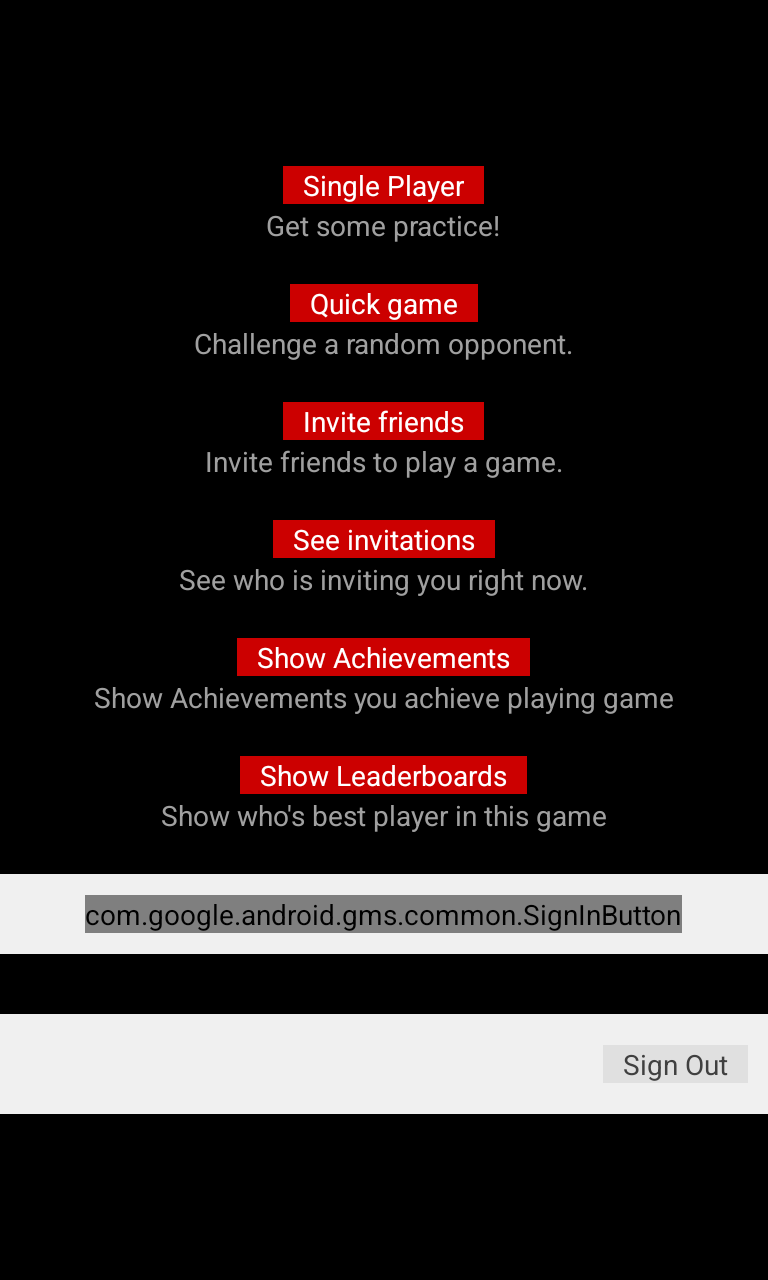
Repository: krzysztofswist/MyGame
Layout: MyGame/res/layout/fragment_mainmenu.xml
An editor plug-in stored every save of this project. The layout is shown before and after the next save, followed by the edit.
Pictures or frames that could not be fetched are drawn as grey boxes. It is drawn on a 768 x 1280 px phone screen (xhdpi) without system bars, with theme android:Theme; the app's code is not run.

Above is the layout before, as saved 2014-02-07 09:14:46.

### MyGame/res/layout/fragment_mainmenu.xml
<?xml version="1.0" encoding="utf-8"?>
<!--
   Copyright (C) 2013 Google Inc.

   Licensed under the Apache License, Version 2.0 (the "License");
   you may not use this file except in compliance with the License.
   You may obtain a copy of the License at

      http://www.apache.org/licenses/LICENSE-2.0

   Unless required by applicable law or agreed to in writing, software
   distributed under the License is distributed on an "AS IS" BASIS,
   WITHOUT WARRANTIES OR CONDITIONS OF ANY KIND, either express or implied.
   See the License for the specific language governing permissions and
   limitations under the License.
-->


<!-- MAIN MENU -->
<LinearLayout xmlns:android="http://schemas.android.com/apk/res/android"
    android:id="@+id/screen_menu"
    android:layout_width="match_parent"
    android:layout_height="match_parent"
    android:gravity="center"
    android:orientation="vertical" >

    <!-- <TextView style="@style/GameTitle" /> -->

    <Button
        android:id="@+id/button_single_player"
        style="@style/MainScreenButton"
        android:text="@string/single_player" />

    <TextView
        style="@style/MainScreenButtonBlurb"
        android:text="@string/single_player_explanation" />

    <Button
        android:id="@+id/button_quick_game"
        style="@style/MainScreenButton"
        android:text="@string/quick_game" />

    <TextView
        style="@style/MainScreenButtonBlurb"
        android:text="@string/quick_game_explanation" />

    <Button
        android:id="@+id/button_invite_players"
        style="@style/MainScreenButton"
        android:text="@string/invite_players" />

    <TextView
        style="@style/MainScreenButtonBlurb"
        android:text="@string/invite_players_explanation" />

    <Button
        android:id="@+id/button_see_invitations"
        style="@style/MainScreenButton"
        android:text="@string/see_invitations" />

    <TextView
        style="@style/MainScreenButtonBlurb"
        android:text="@string/see_invitations_explanation" />

    <Button
        android:id="@+id/button_show_achievements"
        style="@style/MainScreenButton"
        android:text="@string/show_achievements" />

    <TextView
        style="@style/MainScreenButtonBlurb"
        android:text="@string/show_achievements_explanation" />
    <Button
        android:id="@+id/button_show_leaderboards"
        style="@style/MainScreenButton"
        android:text="@string/show_leaderboards" />

    <TextView
        style="@style/MainScreenButtonBlurb"
        android:text="@string/show_leaderboards_explanation" />
    <LinearLayout
        android:id="@+id/sign_in_bar"
        android:layout_width="match_parent"
        android:layout_height="40dp"
        android:background="#f0f0f0"
        android:gravity="center"
        android:orientation="horizontal" >

        <com.google.android.gms.common.SignInButton
            android:id="@+id/button_sign_in"
            android:layout_width="wrap_content"
            android:layout_height="wrap_content" />
    </LinearLayout>

    <LinearLayout
        android:id="@+id/sign_out_bar"
        android:layout_width="match_parent"
        android:layout_height="50dp"
        android:layout_marginTop="30dp"
        android:background="#f0f0f0"
        android:gravity="center|right"
        android:orientation="horizontal"
        android:padding="10dp" >

        <Button
            android:id="@+id/button_sign_out"
            style="@style/SignOutButton"
            android:text="@string/sign_out" />
    </LinearLayout>

</LinearLayout>

### MyGame/res/values/styles.xml
<?xml version="1.0" encoding="utf-8"?>
<!--
   Copyright (C) 2013 Google Inc.

   Licensed under the Apache License, Version 2.0 (the "License");
   you may not use this file except in compliance with the License.
   You may obtain a copy of the License at

      http://www.apache.org/licenses/LICENSE-2.0

   Unless required by applicable law or agreed to in writing, software
   distributed under the License is distributed on an "AS IS" BASIS,
   WITHOUT WARRANTIES OR CONDITIONS OF ANY KIND, either express or implied.
   See the License for the specific language governing permissions and
   limitations under the License.
-->

<resources xmlns:android="http://schemas.android.com/apk/res/android">

    <color name="AccentColor">#cc0000</color>
    <color name="PopupColor">@color/AccentColor</color>
    <color name="PopupTextColor">#ffffff</color>
    <color name="ButtonTextColor">#ffffff</color>
    <color name="BlurbColor">#a0a0a0</color>
    <color name="SignOutButtonBackground">#e0e0e0</color>
    <color name="SignOutButtonTextColor">#404040</color>

    <dimen name="TitleSize">30sp</dimen>

    <style name="AppTheme" parent="android:Theme.Light.NoTitleBar.Fullscreen" />

    <style name="GameScreen">
        <item name="android:layout_width">match_parent</item>
        <item name="android:layout_height">match_parent</item>
        <item name="android:gravity">center</item>
        <item name="android:visibility">gone</item>
    </style>

    <style name="LLScreen" parent="@style/GameScreen">
        <item name="android:orientation">vertical</item>
        <item name="android:gravity">center</item>
        <item name="android:padding">30dp</item>
    </style>

    <style name="GameplayScreen" parent="@style/LLScreen">
        <item name="android:gravity">center</item>
    </style>


    <style name="InvPopup" parent="@style/LLScreen">
        <item name="android:background">@color/PopupColor</item>
        <item name="android:padding">10dp</item>
        <item name="android:layout_gravity">top|right</item>
        <item name="android:layout_width">match_parent</item>
        <item name="android:layout_height">wrap_content</item>
        <item name="android:gravity">center</item>
        <item name="android:orientation">horizontal</item>
    </style>

    <style name="GameTitle">
        <item name="android:layout_width">wrap_content</item>
        <item name="android:layout_height">wrap_content</item>
        <item name="android:text">@string/game_title</item>
        <item name="android:textColor">@color/AccentColor</item>
        <item name="android:textSize">@dimen/TitleSize</item>
        <item name="android:layout_marginBottom">40dp</item>
    </style>

    <style name="Blurb">
        <item name="android:layout_width">wrap_content</item>
        <item name="android:layout_height">wrap_content</item>
        <item name="android:textColor">@color/BlurbColor</item>
    </style>

    <style name="GameBlurb" parent="@style/Blurb">
        <item name="android:text">@string/game_blurb</item>
        <item name="android:layout_marginBottom">40dp</item>
    </style>

    <style name="SignInButton">
        <item name="android:layout_width">wrap_content</item>
        <item name="android:layout_height">wrap_content</item>
        <item name="android:layout_marginTop">40dp</item>
    </style>

    <style name="GameButton">
        <item name="android:layout_width">wrap_content</item>
        <item name="android:layout_height">wrap_content</item>
        <item name="android:background">@color/AccentColor</item>
        <item name="android:textColor">@color/ButtonTextColor</item>
        <item name="android:paddingLeft">10dp</item>
        <item name="android:paddingRight">10dp</item>
    </style>

    <style name="MainScreenButton" parent="@style/GameButton">
        <item name="android:layout_marginBottom">1dp</item>
    </style>

    <style name="MainScreenButtonBlurb" parent="@style/GameBlurb">
        <item name="android:layout_marginBottom">20dp</item>
    </style>

    <style name="InvPopupText">
        <item name="android:layout_width">0dp</item>
        <item name="android:layout_height">match_parent</item>
        <item name="android:layout_weight">1</item>
        <item name="android:textColor">@color/PopupTextColor</item>
        <item name="android:text">@string/inv_popup_text</item>
        <item name="android:gravity">center</item>
    </style>

    <style name="InvPopupButton" parent="@style/GameButton">
        <item name="android:background">@color/ButtonTextColor</item>
        <item name="android:textColor">@color/AccentColor</item>
    </style>

    <style name="SignOutButton" parent="@style/GameButton">
        <item name="android:background">@color/SignOutButtonBackground</item>
        <item name="android:textColor">@color/SignOutButtonTextColor</item>
    </style>

    <style name="FigureView">
        <item name="android:layout_width">150dp</item>
        <item name="android:layout_height">150dp</item>
        <item name="android:gravity">center</item>
        <item name="android:layout_marginBottom">20dp</item>
    </style>

    <style name="FigureLabel">
        <item name="android:layout_width">wrap_content</item>
        <item name="android:layout_height">wrap_content</item>
        <item name="android:textSize">20sp</item>
    </style>

    <style name="ScoreToast">
        <item name="android:layout_width">wrap_content</item>
        <item name="android:layout_height">wrap_content</item>
        <item name="android:textSize">20sp</item>
        <item name="android:layout_marginBottom">20dp</item>
    </style>

    <style name="ScoresBox">
        <item name="android:layout_width">match_parent</item>
        <item name="android:layout_height">wrap_content</item>
        <item name="android:background">#f0f0f0</item>
        <item name="android:orientation">vertical</item>
        <item name="android:layout_marginTop">30dp</item>
        <item name="android:padding">20dp</item>
    </style>

    <style name="ButtonsBox">
        <item name="android:layout_width">match_parent</item>
        <item name="android:layout_height">wrap_content</item>
        <item name="android:orientation">horizontal</item>
        <item name="android:layout_marginTop">20dp</item>
        <item name="android:padding">20dp</item>
        <item name="android:gravity">center</item>
    </style>

    <style name="ScoreText">
        <item name="android:layout_width">wrap_content</item>
        <item name="android:layout_height">wrap_content</item>
        <item name="android:textSize">18sp</item>
        <item name="android:layout_marginBottom">10dp</item>
        <item name="android:gravity">left</item>
    </style>

    <style name="Instructions" parent="@style/Blurb">
        <item name="android:layout_marginBottom">20dp</item>
    </style>

    <style name="ScoreLabel">
        <item name="android:layout_width">wrap_content</item>
        <item name="android:layout_height">wrap_content</item>
    </style>

    <style name="ScoreDisplay">
        <item name="android:layout_width">wrap_content</item>
        <item name="android:layout_height">wrap_content</item>
        <item name="android:textSize">30sp</item>
        <item name="android:textStyle">bold</item>
        <item name="android:textColor">@color/AccentColor</item>
        <item name="android:layout_marginBottom">10dp</item>
    </style>

    <style name="PlacementDisplay">
        <item name="android:layout_width">wrap_content</item>
        <item name="android:layout_height">wrap_content</item>
        <item name="android:textColor">@color/BlurbColor</item>
    </style>

    <style name="SectionLabel">
        <item name="android:layout_width">wrap_content</item>
        <item name="android:layout_height">wrap_content</item>
        <item name="android:textColor">@color/AccentColor</item>
        <item name="android:textSize">20sp</item>
        <item name="android:layout_marginBottom">20dp</item>
    </style>

</resources>

### MyGame/res/values/strings.xml
<?xml version="1.0" encoding="utf-8"?>
<!--
   Copyright (C) 2013 Google Inc.

   Licensed under the Apache License, Version 2.0 (the "License");
   you may not use this file except in compliance with the License.
   You may obtain a copy of the License at

      http://www.apache.org/licenses/LICENSE-2.0

   Unless required by applicable law or agreed to in writing, software
   distributed under the License is distributed on an "AS IS" BASIS,
   WITHOUT WARRANTIES OR CONDITIONS OF ANY KIND, either express or implied.
   See the License for the specific language governing permissions and
   limitations under the License.

-->

<resources>

    <string name="see_your_progress">See your progress:</string>
    <string name="show_achievements">Show Achievements</string>
    <string name="show_achievements_explanation">Show Achievements you achieve playing game</string>
    <string name="show_leaderboards">Show Leaderboards</string>
    <string name="show_leaderboards_explanation">Show who\'s best player in this game</string>
    <string name="sign_in_to_upload_this_score">Sign in now to upload this score, save your achievements and share your progress with friends.</string>
    <string name="you_are_signed_in">You are signed in with Google.</string>
    <string name="ok">OK</string>
    <string name="you_win">You win! Your score is:</string>
    <string name="signing_in">Signing in with Google</string>
    <string name="signing_out">Signing out</string>
    <string name="app_name">My Game</string>
    <string name="game_title">My Game!</string>
    <string name="game_blurb">A sample game that tests your ability to click a button. Can you click faster than your friends? Only one way to find out! To play this game with friends, you must sign in with Google.</string>
    <string name="single_player">Single Player</string>
    <string name="single_player_explanation">Get some practice!</string>
    <string name="quick_game">Quick game</string>
    <string name="invite_players">Invite friends</string>
    <string name="see_invitations">See invitations</string>
    <string name="quick_game_explanation">Challenge a random opponent.</string>
    <string name="invite_players_explanation">Invite friends to play a game.</string>
    <string name="see_invitations_explanation">See who is inviting you right now.</string>
    <string name="inv_popup_text">Incoming invitation!</string>
    <string name="accept_popup_invite">Accept!</string>
    <string name="sign_out">Sign Out</string>
    <string name="sign_in">Sign In</string>
    <string name="please_wait">Please wait&#8230;</string>
    <string name="instructions">Click the button as fast as you can!</string>
    <string name="dismiss">Dismiss</string>
    <string name="your_score">Your score:</string>
    <string name="error">Error</string>
    <string name="game_problem">An error occurred while starting the game. Please try again.</string>
    <string name="click_me">Click me!</string>
    <string name="is_inviting_you">is challenging you to a game!</string>
    <string name="achievements_not_available">Please sign in to view achievements.</string>
    <string name="leaderboards_not_available">Please sign in to view leaderboards.</string>

</resources>

After the next save:
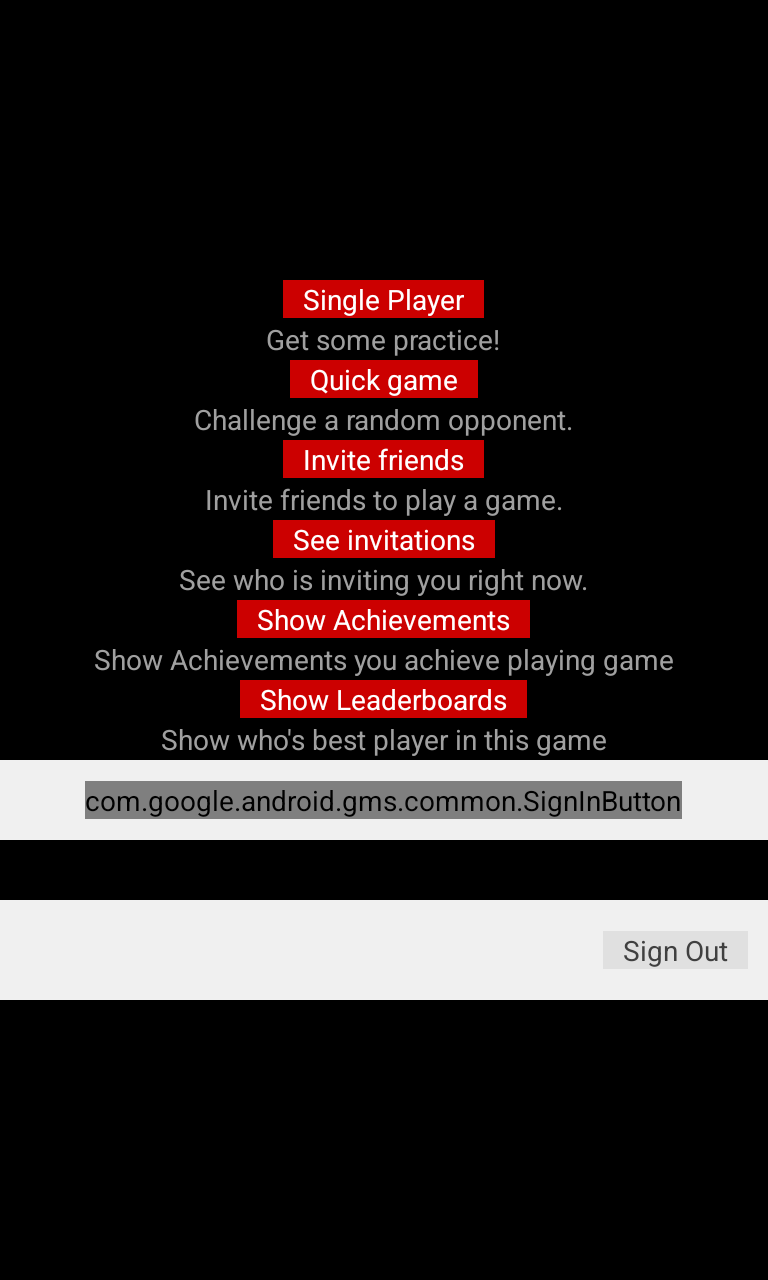
Saved 55 s later.
--- a/MyGame/res/values/styles.xml
+++ b/MyGame/res/values/styles.xml
@@ -97,7 +97,7 @@
     </style>
 
     <style name="MainScreenButtonBlurb" parent="@style/GameBlurb">
-        <item name="android:layout_marginBottom">20dp</item>
+        <item name="android:layout_marginBottom">1dp</item>
     </style>
 
     <style name="InvPopupText">
